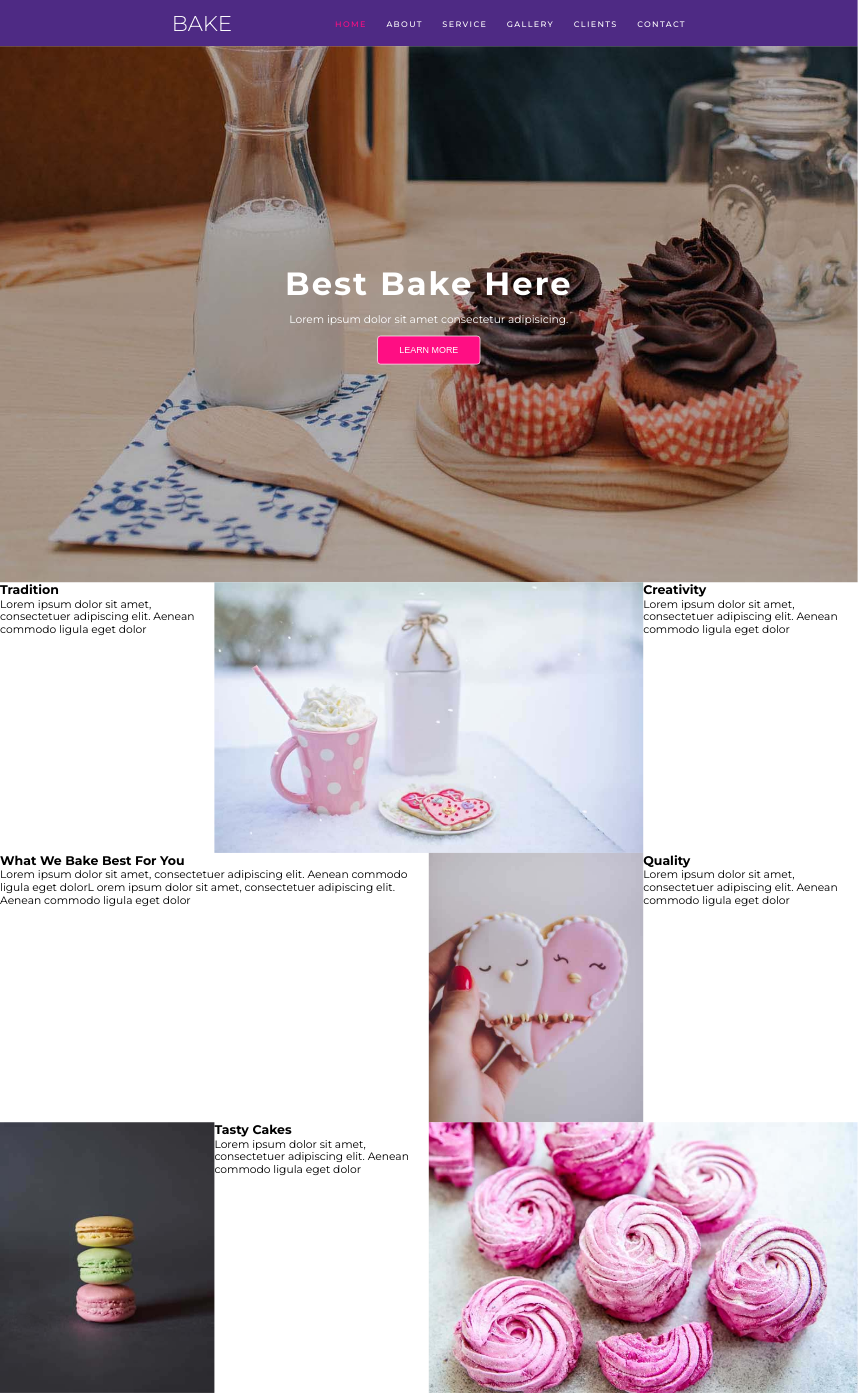
Repository: giahuy405/Bake
Page: index.html
An editor plug-in stored every save of this project. The page is shown before and after the next save, followed by the edit.
The browser window is 1280 px wide. The pictures show the whole page, at 67% of full size.

Above is the page before, as saved 2022-09-13 15:19:10.

After the next save:
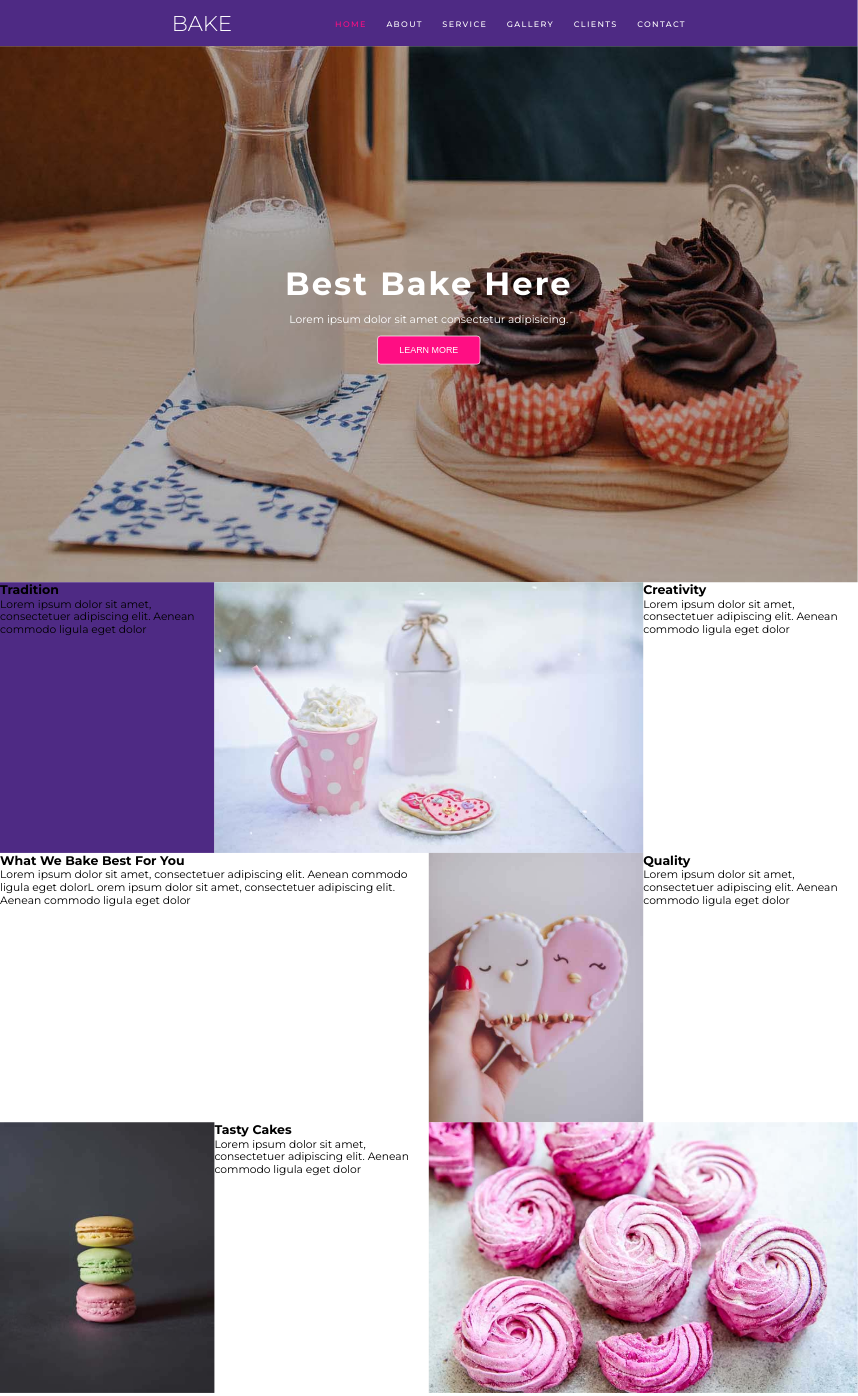
Saved 24 s later.
--- a/css/index.css
+++ b/css/index.css
@@ -79,6 +79,9 @@
     display: grid;
     grid-template-columns: repeat(4,1fr);
 }
+.intro__item:nth-child(1){
+    background-color: #4e2a84;
+}
 .intro__item:nth-child(2){
     grid-column: 2 / span 2;
 }
